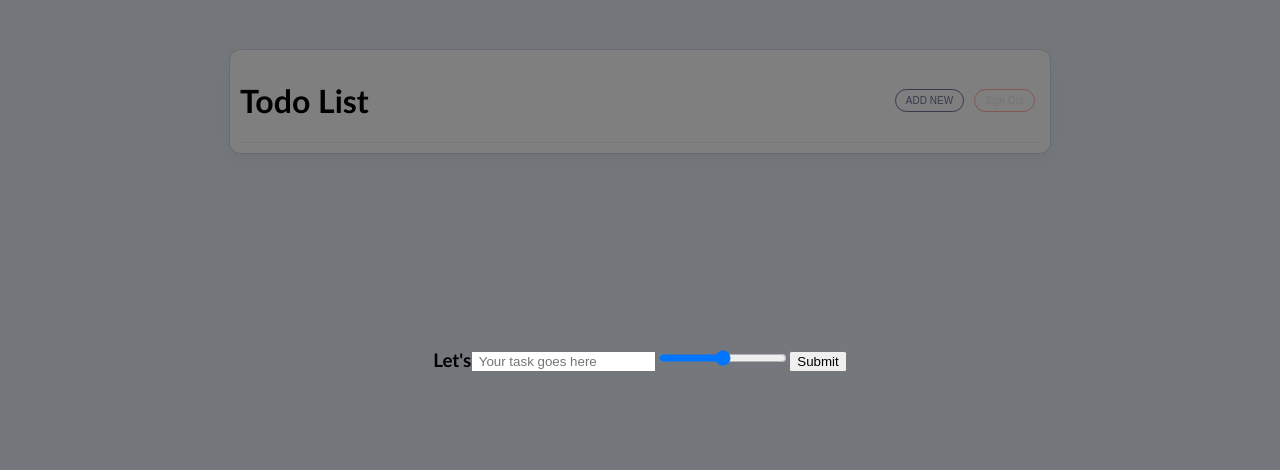
Repository: mosesvk/_todo
Page: / (app in client/)
An editor plug-in stored every save of this project. The page is shown before and after the next save, followed by the edit.
The browser window is 1280 px wide. The pictures show the whole page.
The page's requests for data from a server got no answer. The project was rebuilt for these pictures with package versions that can differ from the ones it lists, and the page was loaded fresh each time. No one was signed in, and anything a server would have sent is missing. Also part of the build but not shown: client/vite.config.js, client/src/components/ProgressBar.jsx, client/src/components/ListItem.jsx. Imported but missing from the stored project, and not drawn on this page: client/src/components/TickIcon.

Above is the page before, as saved 2023-05-01 23:35:30.

### client/src/App.jsx
import { useState, useEffect } from 'react'
import ListHeader from './components/ListHeader'
import ListItem from './components/ListItem'

const App = () => {
  const userEmail = 'test@test.com'
  const [tasks, setTasks] = useState(null)

  const getData = async () => {

    try {
      const response = await fetch(`http://localhost:8000/todos/${userEmail}`)
      const json = await response.json()
      setTasks(json)
    } catch (err) {
      console.error(err)
    }
  }

  useEffect(() => {
    getData()
  }, [])

  // console.log(tasks)

  const sortedTasks = tasks?.sort((a, b) => new Date(a.date) - new Date(b.date))

  return (
    <div className='app'>
      <ListHeader listName='Todo List' />
      {sortedTasks?.map((task) => <ListItem key={task.id} task={task} />)}
    </div>
  )
}

export default App

### client/src/index.css
body {
  margin: 0;
  padding: 0;
  background-color: #e9f1f9;
  display: flex;
  justify-content: center;
  font-family: 'Trebuchet MS', Arial, sans-serif;
}

.app {
  background-color: #ffffff;
  box-shadow: #0000000d 0 6px 24px, #00000014 0 0 0 1px;
  border-radius: 10px;
  padding: 10px;
  width: 800px;
  margin: 50px;
}

.button-container,
.info-container {
  display: flex;
  align-items: center;
}

.button-container button {
  margin: 0 5px;
  padding: 5px 10px;
  font-size: 10px;
  border-radius: 12px;
  background-color: transparent;
  cursor: pointer;
}


.edit {
    border: 1.5px solid #8db591;
    color: #8db591;
    text-transform: uppercase;
}

.edit:hover {
    background-color: #b6dfba;
}

.edit:active {
    border: 1.5px solid rgb(141, 181, 145);
    color: rgb(255, 255, 255);
    background-color: rgb(141, 181, 145);
}

.delete {
    border: 1.5px solid rgb(255, 175, 163);
    color: rgb(255, 175, 163);
    text-transform: uppercase;
}

.delete:hover {
    background-color: rgb(255, 201, 193);
}

.delete:active {
    background-color: rgb(255, 175, 163);
    color: rgb(255, 255, 255);
}

.create {
    border: 1.5px solid rgb(108, 115, 148);
    color: rgb(108, 115, 148);
    text-transform: uppercase;
}

.create:hover {
    background-color: rgb(131, 138, 172);
}

.create:active {
    background-color: rgb(108, 115, 148);
    color: rgb(255, 255, 255);
}

.signout {
    border: 1.5px solid rgb(255, 175, 163);
    background-color: rgb(255, 175, 163);
    color: rgb(234, 234, 234);
}

.signout:hover {
    background-color: rgb(175, 94 , 94) !important;
    border: 1.5px solid rgb(175, 94, 94);
}

.signout:active {
    border: 1.5px solid rgb(175, 81, 81);
    background-color: 1.5px solid rgb(175, 81, 81);
    color: rgb(255, 255, 255)
}


/* List Header  */

.list-header {
  width: 100%;
  display: flex;
  justify-content: space-between;
  border-bottom: #0000000d 1px solid;
}

.list-item {
  width: 100%;
  margin: 10px 0;
  border-radius: 10px;
  box-shadow: #00000014 0 0 0 1px;
  display: flex;
  justify-content: space-between;
}

.check {
  stroke: '#5dac83' !important;
  margin-right: 10px;
}


/* Modal  */

.overlay {
    position: absolute;
    left: 0;
    top: 0;
    width: 100vw;
    height: 100vh;
    background-color: rgba(0, 0, 0, 0.5);
    display: flex;
    justify-content: center;
    align-items: center;
}

### client/src/components/ListHeader.jsx
import React from 'react'
import Modal from './Modal'

const ListHeader = ({listName}) => {

  const signOut = () => {
    console.log('signout')
  }

  return (
    <div className='list-header'>
      <h1>{listName}</h1>
      <div className="button-container">
        <button className="create">Add New</button>
        <button className="signout" onClick={signOut}>Sign Out</button>
      </div>
      <Modal />
    </div>
  )
}

export default ListHeader

### client/src/components/Modal.jsx
import React from 'react'

const Modal = () => {

  const handleChange = () => {
    console.log('Changing...')
  }

  return (
    <div className='overlay'>
      <div className='modal'>
        <div className='form-title-container'>
          <h3>Let's</h3>
        </div>
      </div>

      <form>
        <input
          required
          maxLength={30}
          placeholder=' Your task goes here'
          name='title'
          value={''}
          onChange={handleChange}
        />
        <input
         required
         type='range'
         min='0'
         max='100'
         name='progress'
         value={''}
         onChange={handleChange}
        />
        <input type='submit' />
      </form>
    </div>
  )
}

export default Modal

Loaded but not shown: client/index.html (common file); client/src/main.jsx (common file)

After the next save:
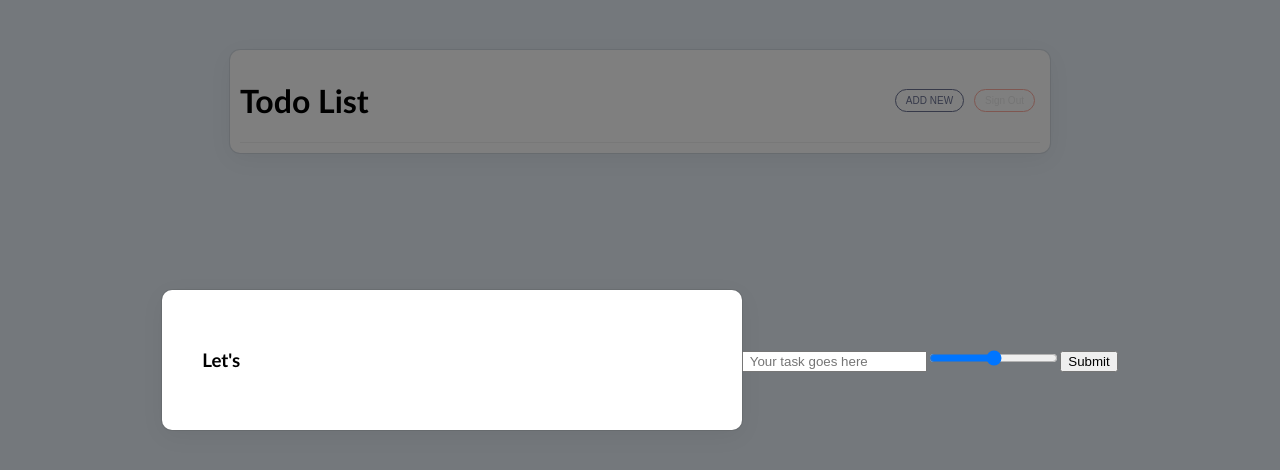
Saved 2 min 54 s later.
--- a/client/src/index.css
+++ b/client/src/index.css
@@ -133,3 +133,21 @@ body {
     justify-content: center;
     align-items: center;
 }
+
+.modal {
+    width: 500px;
+    background-color: rgb(255, 255, 255);
+    padding: 40px;
+    border-radius: 10px;
+    box-shadow: rgba(0, 0, 0, 0.05) 0 6px 24px 0, rgba(0, 0, 0, 0.08) 0 0 0 1px;
+}
+
+.modal .form-title-container {
+    display: flex;
+    justify-content: space-between;
+}
+
+.modal .form-title-container button {
+    border: none;
+    background-color: transparent;
+}
